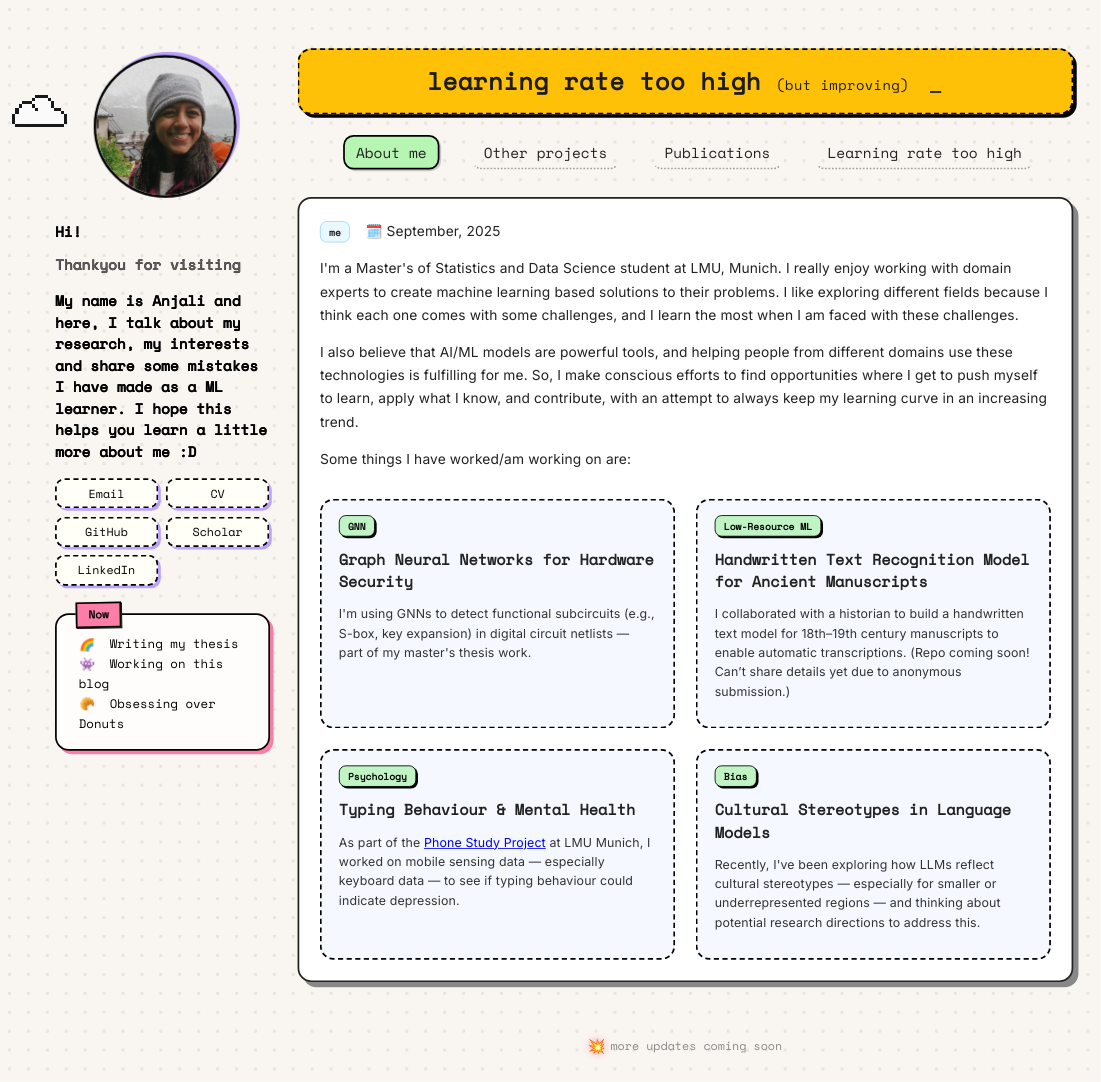
Repository: anjalisarawgi/learning_rate_too_high
Page: index.html
An editor plug-in stored every save of this project. The page is shown before and after the next save, followed by the edit.
The browser window is 1280 px wide. The pictures show the whole page, at 86% of full size.

Above is the page before, as saved 2025-11-04 17:01:30.

After the next save:
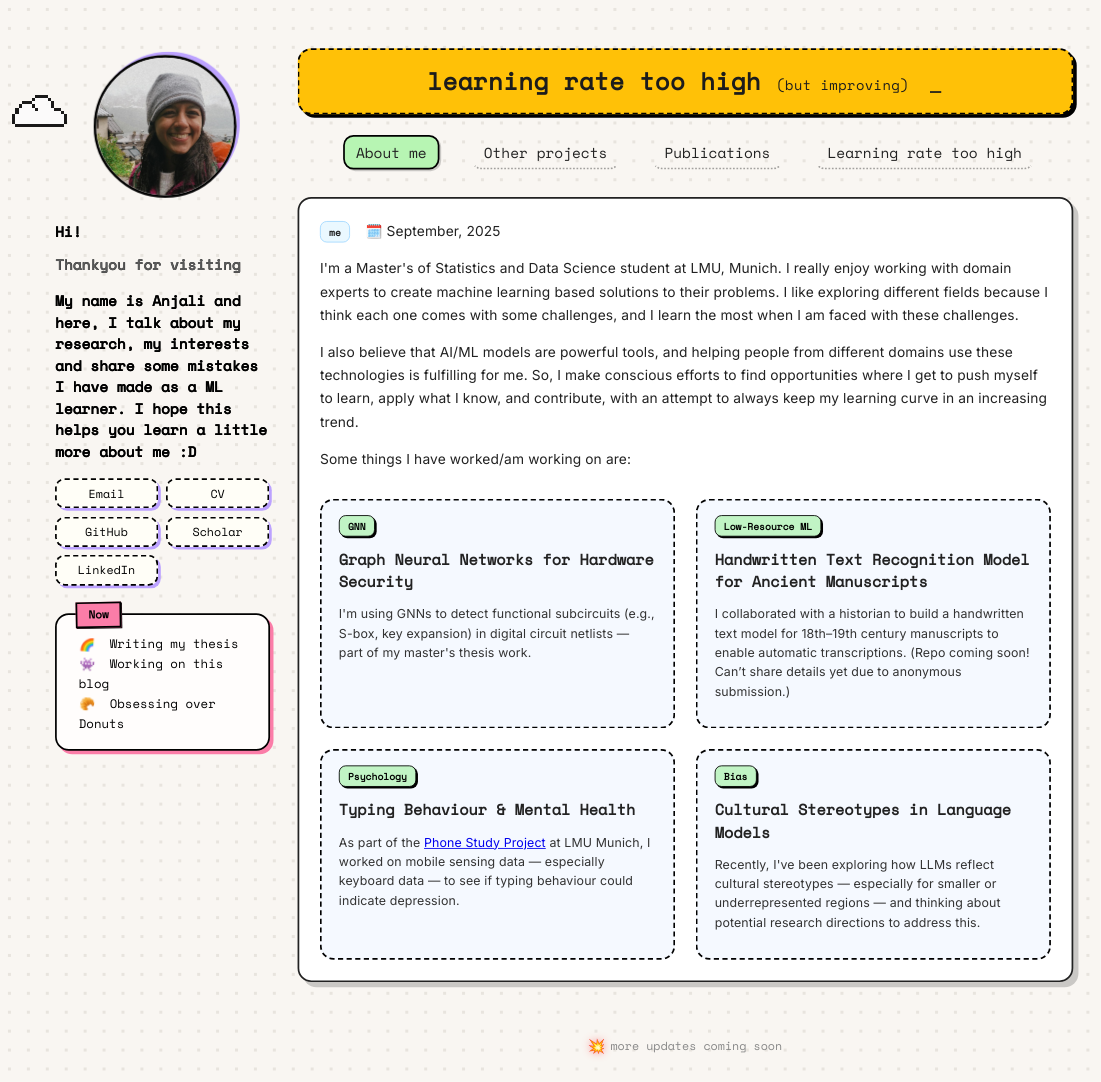
Saved 2 min 27 s later.
--- a/index.html
+++ b/index.html
@@ -98,7 +98,7 @@ nav a.active {
       background: #fff;
       border: 2px solid #222;
       border-radius: 1rem;
-      box-shadow: 6px 6px 0 #888;
+      box-shadow: 6px 6px 0 #00000030;
       padding: 1.5rem;
       margin: 2rem auto;
       max-width: 900px;
